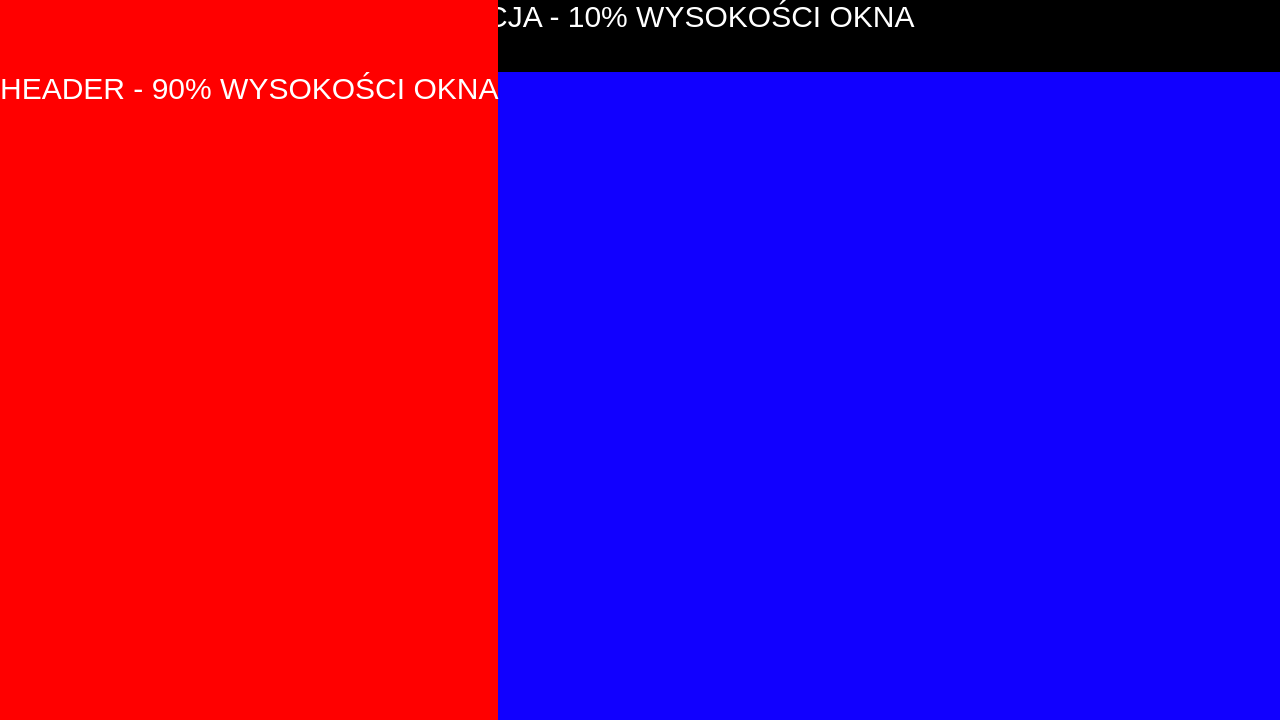
Repository: jasonj2333/advance_CSS
Page: 01-Header, Nav/start.html
An editor plug-in stored every save of this project. The page is shown before and after the next save, followed by the edit.
The browser window is 1280 px wide. The pictures show the whole page.

Above is the page before, as saved 2019-04-23 18:34:07.

After the next save:
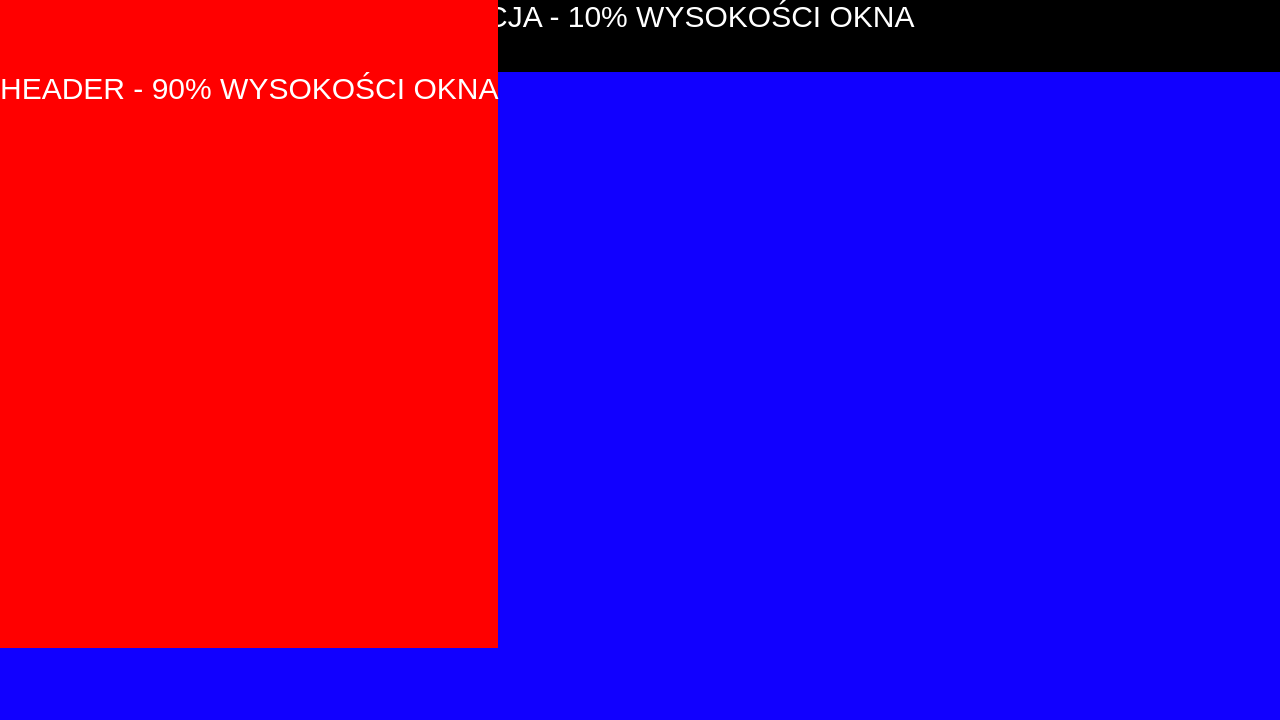
Saved 9 s later.
--- a/01-Header, Nav/start.html
+++ b/01-Header, Nav/start.html
@@ -30,7 +30,7 @@
         header {
             background-color: rgb(255, 0, 0);
             padding-top: 10vh;
-            height: 100vh;
+            height: 90vh;
             position: absolute;
         }
 
